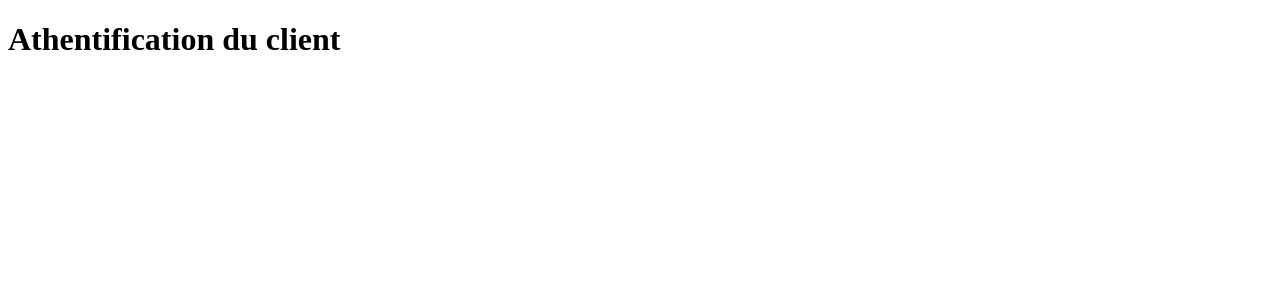
Repository: MarieVeltri/JEE
Page: HelloWorld/src/main/webapp/authentication.html
The author's editor kept a copy of each file at every save. The page is drawn from the files as they stood at one save, then again after the next save.
The browser window is 1280 px wide. The pictures show the whole page.

Above is the page before, as saved 2024-10-14 10:03:26.

After the next save:
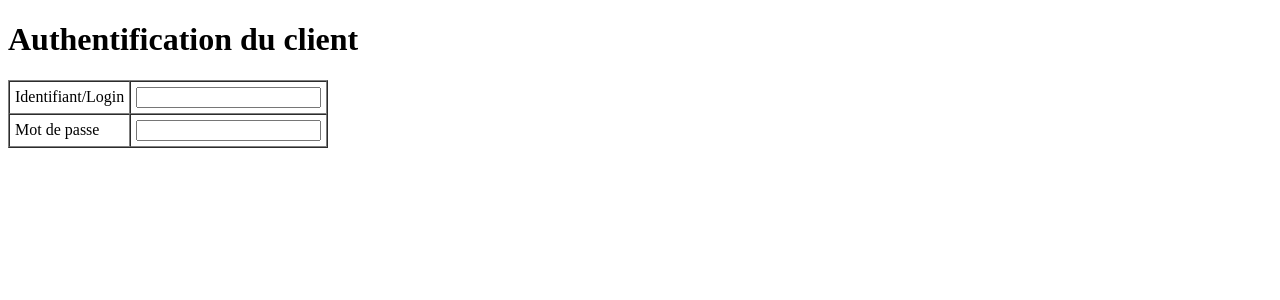
Saved 4 min 31 s later.
--- a/HelloWorld/src/main/webapp/authentication.html
+++ b/HelloWorld/src/main/webapp/authentication.html
@@ -1,10 +1,34 @@
 <!DOCTYPE html>
 <html>
 <head>
-<meta charset="UTF-8">
-<title>Athentification</title>
+    <meta charset="UTF-8">
+    <title>Authentification</title>
 </head>
 <body>
-	<h1>Athentification du client</h1>
+    <h1>Authentification du client</h1>
+    <form action="clientAuthentication" method="POST">
+        <table border="1" cellspacing="0" cellpadding="5">
+            <tr>
+                <td>Identifiant/Login</td>
+                <td>
+                    <input type="text"
+                           name="username"
+                           id="username"
+                           value=""
+                           size="20"/>
+                </td>
+            </tr>
+            <tr>
+                <td>Mot de passe</td>
+                <td>
+                    <input type="password"
+                           name="password"
+                           id="password"
+                           value=""
+                           size="20"/>
+                </td>
+            </tr>
+        </table>
+    </form>
 </body>
 </html>
